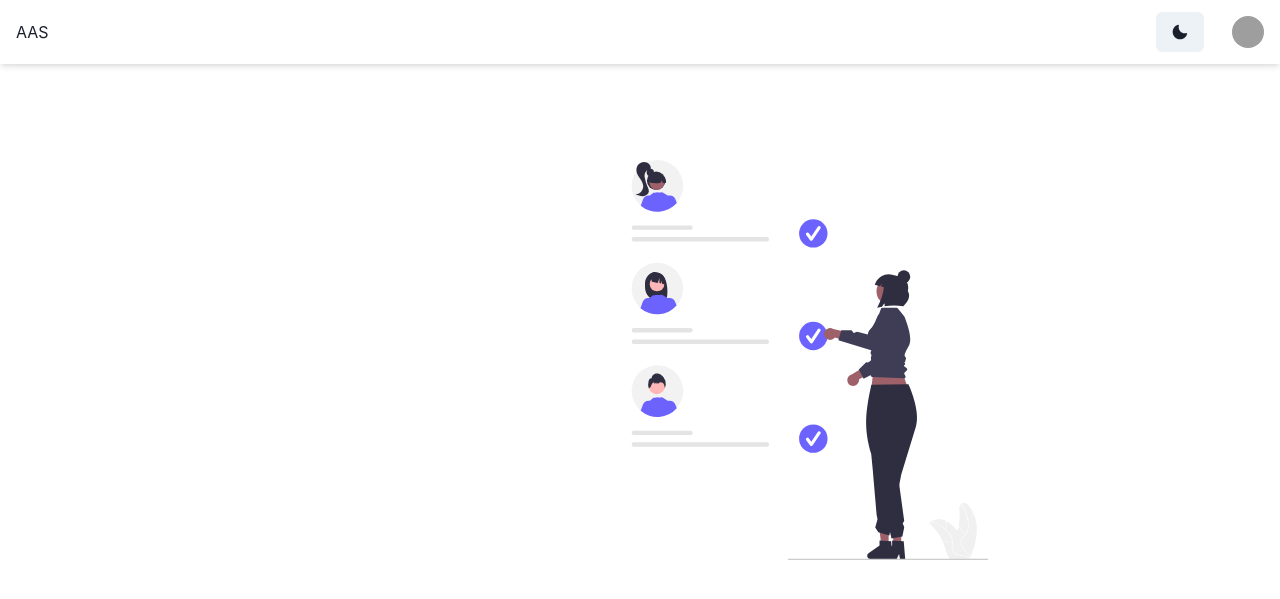
Repository: shash0708/attendence
Page: /
An editor plug-in stored every save of this project. The page is shown before and after a run of saves, followed by the edit.
The browser window is 1280 px wide. The pictures show the whole page.
Pictures or frames that could not be fetched are drawn as grey boxes. The project was rebuilt for these pictures with package versions that can differ from the ones it lists, and the page was loaded fresh each time. Also part of the build but not shown: src/App.css, src/components/Login/Login.component.jsx, src/components/Signup/Signup.component.jsx, src/routes/Authentication/Authentication.component.jsx.

Above is the page before, as saved 2024-04-06 19:14:44.

### src/index.js
import React from 'react';
import ReactDOM from 'react-dom/client';
import './index.css';
import App from './App';
import reportWebVitals from './reportWebVitals';
import { BrowserRouter } from 'react-router-dom';
import { ChakraProvider } from '@chakra-ui/react'

const root = ReactDOM.createRoot(document.getElementById('root'));
root.render(
  <React.StrictMode>
  <BrowserRouter>
<ChakraProvider>
    <App />
    </ChakraProvider>
    </BrowserRouter>

  </React.StrictMode>
);

// If you want to start measuring performance in your app, pass a function
// to log results (for example: reportWebVitals(console.log))
// or send to an analytics endpoint. Learn more: https://bit.ly/CRA-vitals
reportWebVitals();

### src/App.js
import './App.css';
import Home from './routes/Home/Home.component.jsx'
import { Routes,Route} from 'react-router-dom';
import Authentication from './routes/Authentication/Authentication.component';

function App() {
  return (
    <Routes>
    <Route index element={<Home/>}/>

    <Route path='auth' element={<Authentication/>}/>

    </Routes>
  );
}

export default App;

### src/routes/Home/Home.component.jsx
import React from 'react'
import { Outlet } from 'react-router-dom';
import Nav from '../../components/Navbar/Navbar.component';
import HomeProp from '../../components/homeProp/HomeProp.component';
const Home  = () => {
  return (
    <div>
       <Nav/>
       <HomeProp />
       <Outlet/>
    </div>
  )
}

export  default Home;

### client/src/components/Navbar/Navbar.component.jsx
'use client'

import {
  Box,
  Flex,
  Avatar,
  Text,
  Button,
  Menu,
  MenuButton,
  MenuList,
  MenuItem,
  MenuDivider,
  useDisclosure,
  useColorModeValue,
  Stack,
  useColorMode,
  Center,
} from '@chakra-ui/react'
import { MoonIcon, SunIcon } from '@chakra-ui/icons'
import { Link, Outlet } from 'react-router-dom';

const NavLink = (props) => {
  const { children } = props

  return (
    <Box
      as="a"
      px={2}
      py={1}
      rounded={'md'}
      _hover={{
        textDecoration: 'none',
        bg: useColorModeValue('gray.200', 'gray.700'),
      }}
      href={'#'}>
      {children}
    </Box>
  )
}

export default function Nav() {
  const { colorMode, toggleColorMode } = useColorMode();
  const { isOpen, onOpen, onClose } = useDisclosure();
  return (
    <div>
      <Box

        px={4}
        shadow="md"
        style={{ backdropFilter: 'blur(10px)' }} // Adds blur effect to the background
      >
        <Flex h={16} alignItems={'center'} justifyContent={'space-between'}>
          <Box>
          <Link to="/">AAS</Link>

          </Box>

          <Flex alignItems={'center'}>
            <Stack direction={'row'} spacing={7}>
              <Button onClick={toggleColorMode}>
                {colorMode === 'light' ? <MoonIcon /> : <SunIcon />}
              </Button>

              <Menu>
                <MenuButton
                  as={Button}
                  rounded={'full'}
                  variant={'link'}
                  cursor={'pointer'}
                  minW={0}>
                  <Avatar
                    size={'sm'}
                    src={'https://avatars.dicebear.com/api/male/username.svg'}
                  />
                </MenuButton>
                <MenuList alignItems={'center'} shadow="lg">
                  <br />
                  <Center>
                    <Avatar
                      size={'2xl'}
                      src={'https://avatars.dicebear.com/api/male/username.svg'}
                    />
                  </Center>
                  <br />
                  <Center>
                    <p>Username</p>
                  </Center>
                  <br />
                  <MenuDivider />
                  <MenuItem>Your Servers</MenuItem>
                  <MenuItem>Account Settings</MenuItem>
                  <MenuItem>Logout</MenuItem>
                </MenuList>
              </Menu>
            </Stack>
          </Flex>
        </Flex>
      </Box>
      <Outlet />
    </div>
  );
}

### src/components/homeProp/HomeProp.component.jsx
import React from 'react'
import { ReactComponent as HomeLogo } from '../../assests/home.svg'
import './HomeProp.styles.scss';
const HomeProp= () => {
  return (
    <div>
      <HomeLogo className='home-prop'/>
    </div>
  )
}

export default HomeProp;

### src/components/homeProp/HomeProp.styles.scss
// Use variables to style your logo
.home-prop{
  width: 1000px;
  height: 400px;  // Add other styling properties as needed
  position: fixed;
  top: 50%; // Adjust as needed
  right: -30px; // Adjust as needed
  transform: translateY(-50%);
}

Loaded but not shown: public/index.html (common file); src/index.css (common file); src/reportWebVitals.js (common file)

After the next 2 saves:
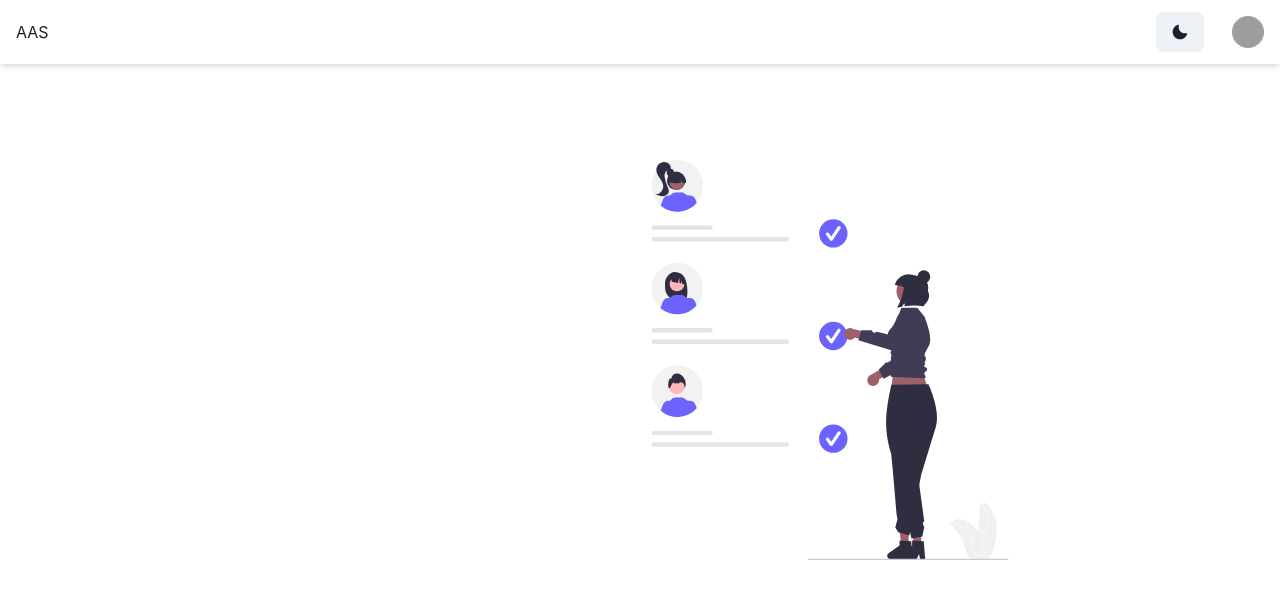
The 2 saves are shown as one change because they came seconds apart.
The last was saved 10 s later.
--- a/src/components/homeProp/HomeProp.styles.scss
+++ b/src/components/homeProp/HomeProp.styles.scss
@@ -4,6 +4,6 @@
   height: 400px;  // Add other styling properties as needed
   position: fixed;
   top: 50%; // Adjust as needed
-  right: -30px; // Adjust as needed
+  right: -50px; // Adjust as needed
   transform: translateY(-50%);
 }
